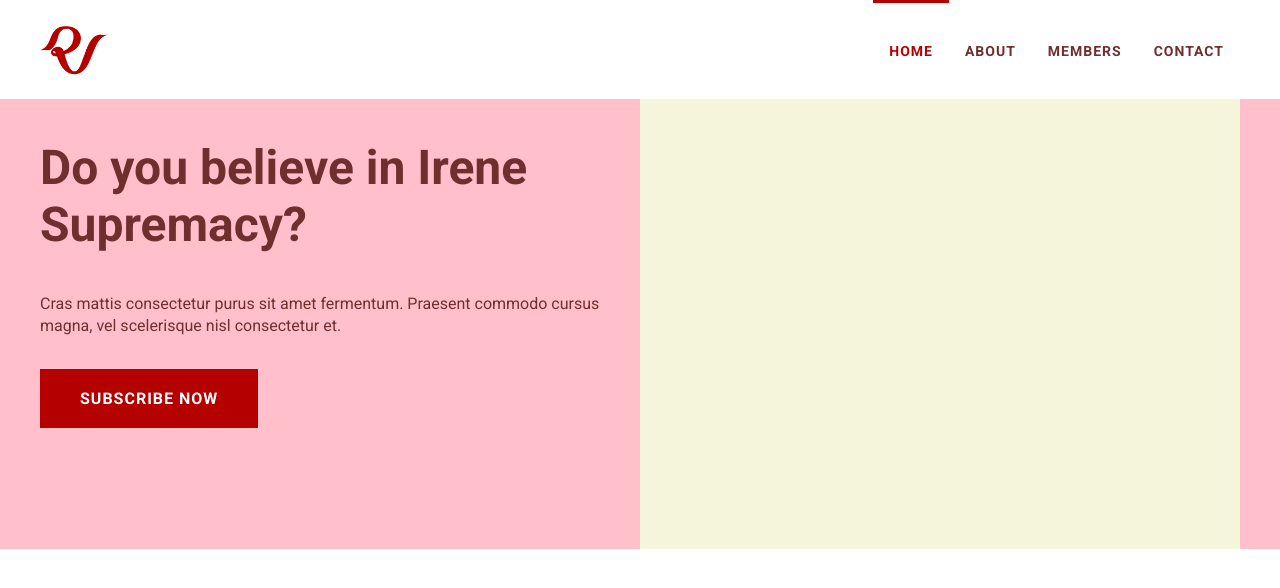
Repository: stillnotdavid/eternity-university
Page: app/index.html
An editor plug-in stored every save of this project. The page is shown before and after the next save, followed by the edit.
The browser window is 1280 px wide. The pictures show the whole page.
The style sheet was rebuilt from its Sass, Less or Tailwind sources for each picture, by a compiler version that may differ from the author's.

Above is the page before, as saved 2021-12-03 23:26:17.

### app/index.html
<!doctype html>
<html class="no-js" lang="">

<head>
  <meta charset="utf-8">
  <meta name="description" content="">

  <meta name="viewport" content="width=device-width, initial-scale=1, shrink-to-fit=no">
  <title>Red Velvet Fansite</title>
  <link rel="apple-touch-icon" href="apple-touch-icon.png">
  <!-- Place favicon.ico in the root directory -->
  <!-- build:css styles/vendor.css -->
  <!-- endbuild -->
  <!-- build:css styles/main.css -->
  <link rel="stylesheet" href="styles/main.css">
  <!-- endbuild -->
  <!-- build:js scripts/modernizr.js -->
  <script src="scripts/modernizr.js"></script>
  <!-- endbuild -->
</head>

<body>
  <!--[if IE]>
      <p class="browserupgrade">You are using an <strong>outdated</strong> browser. Please <a href="http://browsehappy.com/">upgrade your browser</a> to improve your experience.</p>
    <![endif]-->
  <header class="header">
    <div class="container header__container">
      <a class="header__logo" href="#"><img class="header__logo-image" src="images/logo.png"
          alt="Red Velvet Logo" /></a>
      <nav class="header__nav">
        <ul class="header__nav-links">
          <li class="header__nav-item">
            <a class="header__nav-link header__nav-link--active" href="">Home</a>
          </li>
          <li class="header__nav-item">
            <a class="header__nav-link" href="">About</a>
          </li>
          <li class="header__nav-item">
            <a class="header__nav-link" href="">Members</a>
          </li>
          <li class="header__nav-item">
            <a class="header__nav-link" href="">Contact</a>
          </li>
        </ul>
      </nav>
    </div>
  </header>
  <section class="hero">
    <div class="container hero__container">
      <div class="hero__cta">
        <h1>Do you believe in Irene Supremacy?</h1>
        <p>Cras mattis consectetur purus sit amet fermentum. Praesent commodo cursus magna, vel scelerisque nisl
          consectetur et.</p>
        <a class="button-primary" href="">Subscribe Now</a>
      </div>
      <div class="hero__image">
      </div>
    </div>
  </section>

  <!-- build:js scripts/vendor.js -->
  <!-- endbuild -->
  <!-- build:js scripts/main.js -->
  <script src="scripts/main.js"></script>
  <!-- endbuild -->
</body>

</html>

### app/styles/main.scss
@import 'partials/colors';
@import 'partials/spacing';
@import 'partials/typography';

@import 'components/button';
@import 'components/header';
@import 'components/hero';

html,
body {
  padding: 0;
  margin: 0;
}

.container {
  display: flex;
  width: 1200px;
  max-width: 1200px;
  margin: 0 auto;
}

### app/styles/partials/_colors.scss
$color-primary: #B50000;
$color-secondary: #6F2F2F;

### app/styles/partials/_spacing.scss
$spacing-xsmall: 2px;
$spacing-small: 4px;
$spacing-medium: 8px;
$spacing-large: 16px;
$spacing-xlarge: 32px;

### app/styles/partials/_typography.scss
@import url('https://fonts.googleapis.com/css2?family=Roboto:wght@400;500;700&display=swap');


body,
html {
  font-family: 'Roboto', sans-serif;
}


$font-small: 14px;
$font-medium: 16px;
$font-large: 18px;
$font-xxxlarge: 48px;

$font-regular: 400;
$font-medium: 500;
$font-bold: 700;


h1 {
  font-size: $font-xxxlarge;
  font-weight: $font-bold;
  color: $color-secondary;
}

p {
  font-size: $font-medium;
  color: $color-secondary;
  line-height: 22px;
}

### app/styles/components/_button.scss
.button-primary {
  display: inline-block;
  background-color: $color-primary;
  padding: 20px 40px;
  text-decoration: none;
  color: white;
  font-size: $font-medium;
  font-weight: $font-bold;
  text-transform: uppercase;
  letter-spacing: 1px;
  margin: $spacing-large 0;
}

### app/styles/components/_header.scss
$_logo-height: 50px;


.header {

  &__container {
    justify-content: space-between;
  }

  &__logo {
    display: flex;
    align-items: center;

    &-image {
      height: $_logo-height;
    }
  }

  &__nav {

    &-links {
      display: flex;
      list-style-type: none;
      padding: 0;
      margin: 0;
    }

    &-item {
      display: flex;
    }

    &-link {
      padding: 40px $spacing-large;
      text-decoration: none;
      color: $color-secondary;
      text-transform: uppercase;
      font-size: $font-small;
      font-weight: $font-bold;
      letter-spacing: 1px;
      border-top: 3px solid transparent;

      &:hover,
      &--active {
        color: $color-primary;
        border-top: 3px solid $color-primary;
      }
    }
  }
}

### app/styles/components/_hero.scss
$_hero-height: 450px;

.hero {
  height: $_hero-height;
  background: pink;
  display: flex;

  &__container {}

  &__cta {
    flex: 1 0 50%;

  }

  &__image {
    flex: 1 0 50%;

    background: beige;
  }
}

Loaded but not shown: app/scripts/main.js (common file)

After the next save:
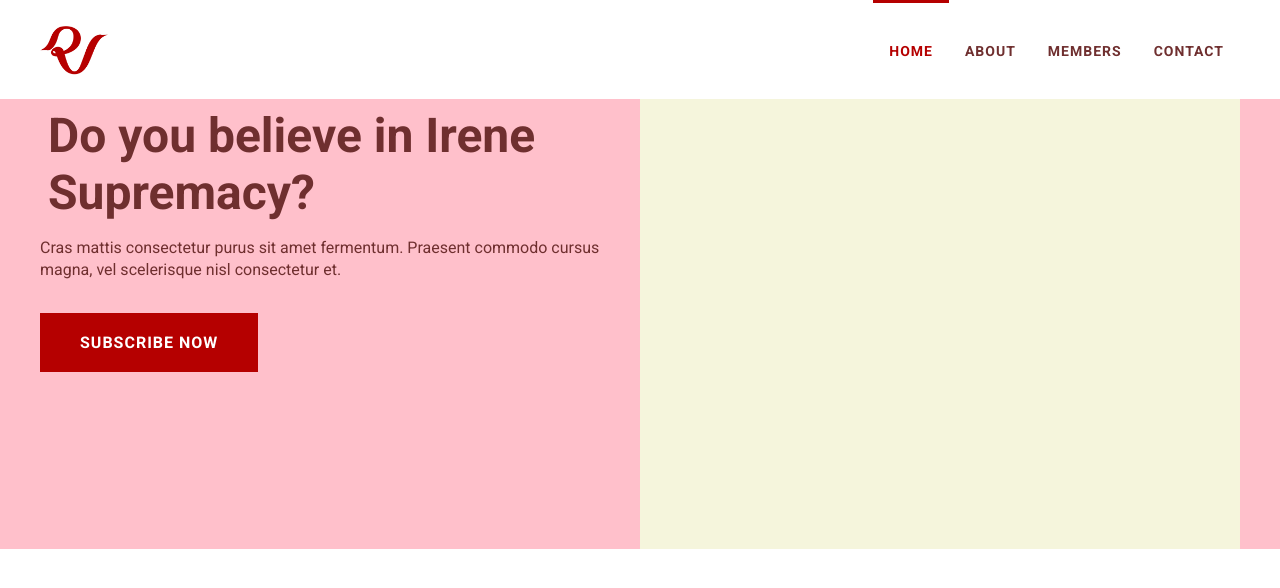
Saved 48 s later.
--- a/app/styles/partials/_typography.scss
+++ b/app/styles/partials/_typography.scss
@@ -21,6 +21,7 @@
   font-size: $font-xxxlarge;
   font-weight: $font-bold;
   color: $color-secondary;
+  margin: $spacing-medium;
 }
 
 p {
